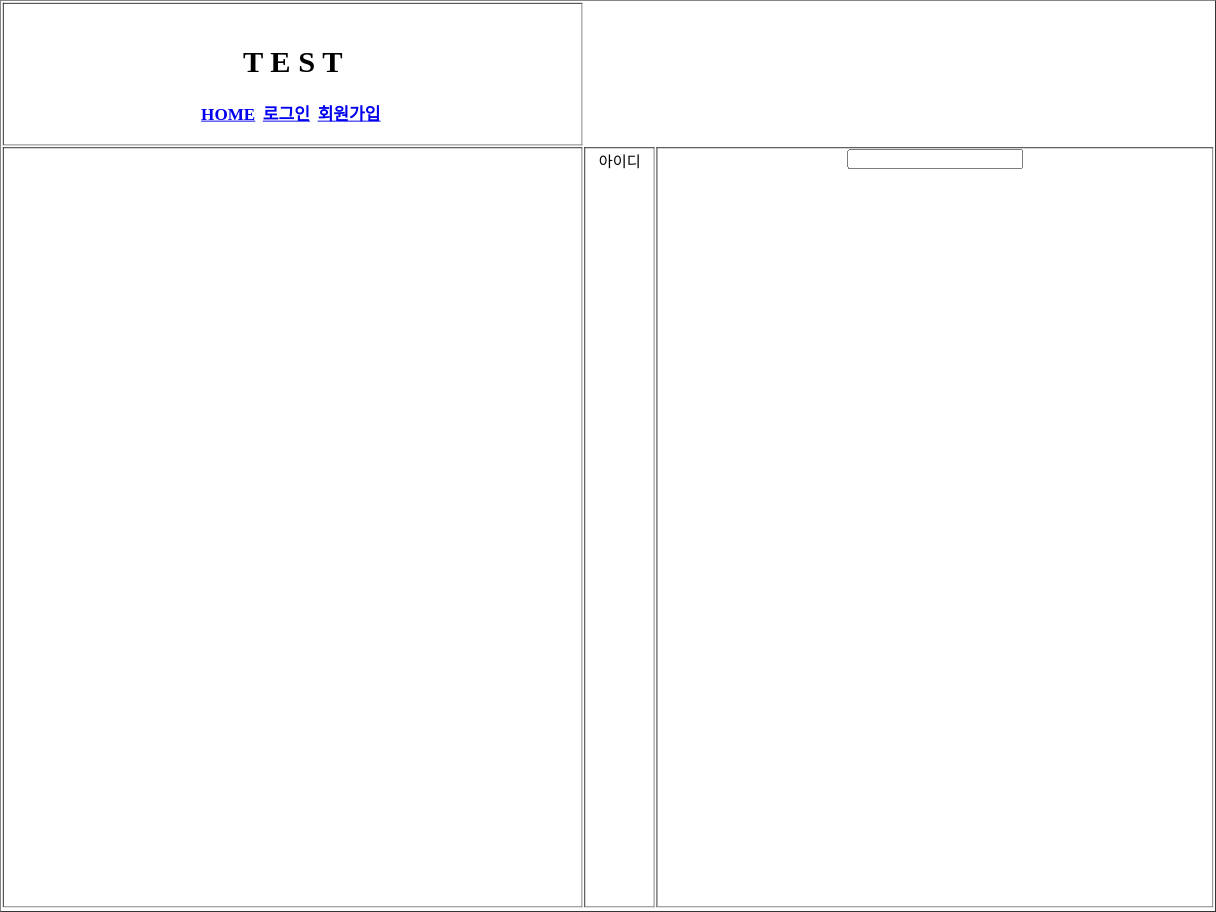
Repository: CHANGMAN-LEE/Java_ee
Page: workspace/test/WebContent/test/loginForm.html
These files come from the project's save history. The page is drawn as it stood at one moment and after the next save; the edit follows.
The browser window is 1280 px wide. The pictures show the whole page, at 95% of full size.

Above is the page before, as saved 2020-07-09 06:04:34.

### workspace/test/WebContent/test/loginForm.html
<!DOCTYPE html>
<html>
<head>
<meta charset="EUC-KR">
<title>Insert title here</title>
</head>
<body marginheight="0" marginwidth="0">
<table style="width: 100%; height: 100%" border="1">
	<tr height="150" colspan="2" align="center">
		<td align="center">
			<h1>T E S T</h1>
			<a href="../test/index.html"><font size="4"><strong>HOME</strong></font></a>&nbsp;
			<a href="../test/loginForm.html"><font size="4"><strong>로그인</strong></font></a>&nbsp;
			<a href="../test/writeForm.html"><font size="4"><strong>회원가입</strong></font></a>&nbsp;
		</td>
	</tr>
	<tr width="300" height="800" valign="top" align="center">
		<td align="center">
			<td width="70" align="center">아이디</td>
			<td>
				<input type="text" name="id" class="id">
				<div class="idDiv"></div>
			</td>
		</td>
	</tr>
	<tr>
	</tr>
</table>
</body>
</html>

After the next save:
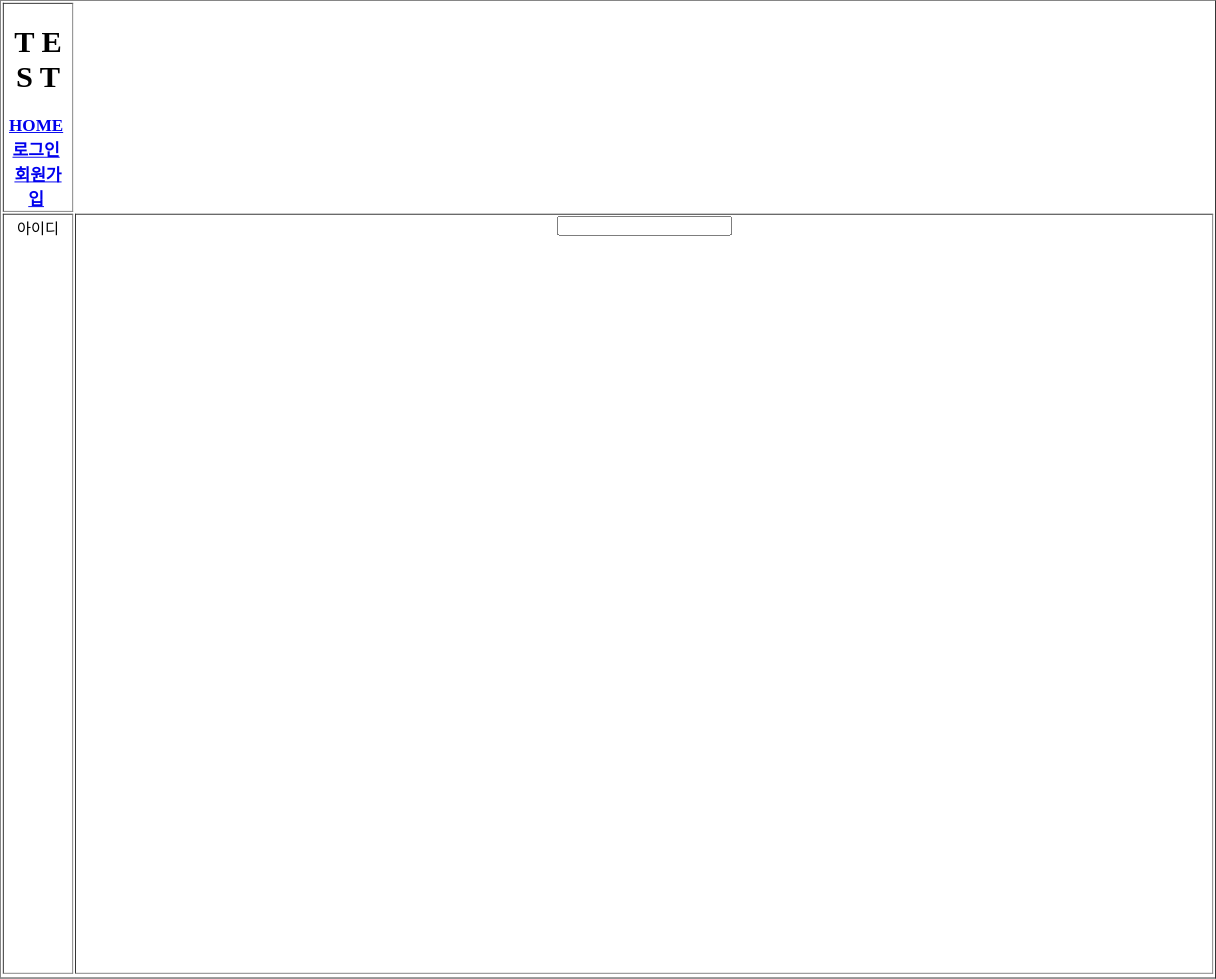
Saved 27 s later.
--- a/workspace/test/WebContent/test/loginForm.html
+++ b/workspace/test/WebContent/test/loginForm.html
@@ -15,13 +15,11 @@
 		</td>
 	</tr>
 	<tr width="300" height="800" valign="top" align="center">
-		<td align="center">
 			<td width="70" align="center">아이디</td>
 			<td>
 				<input type="text" name="id" class="id">
 				<div class="idDiv"></div>
 			</td>
-		</td>
 	</tr>
 	<tr>
 	</tr>
